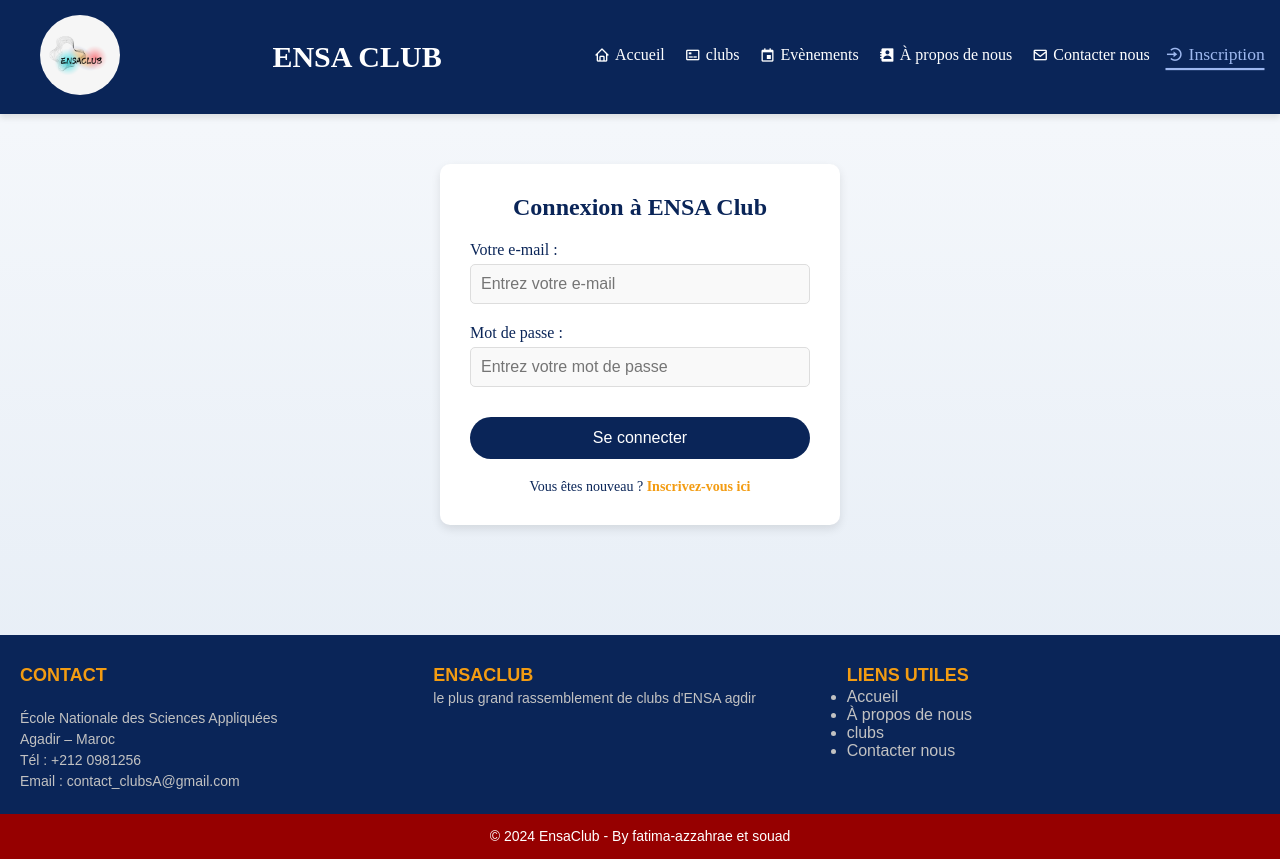
Repository: fati-smart/ENSAclub
Page: login.html
The author's editor kept a copy of each file at every save. The page is drawn from the files as they stood at one save, then again after the next save.
The browser window is 1280 px wide. The pictures show the whole page.

Above is the page before, as saved 2024-12-02 17:16:46.

After the next save:
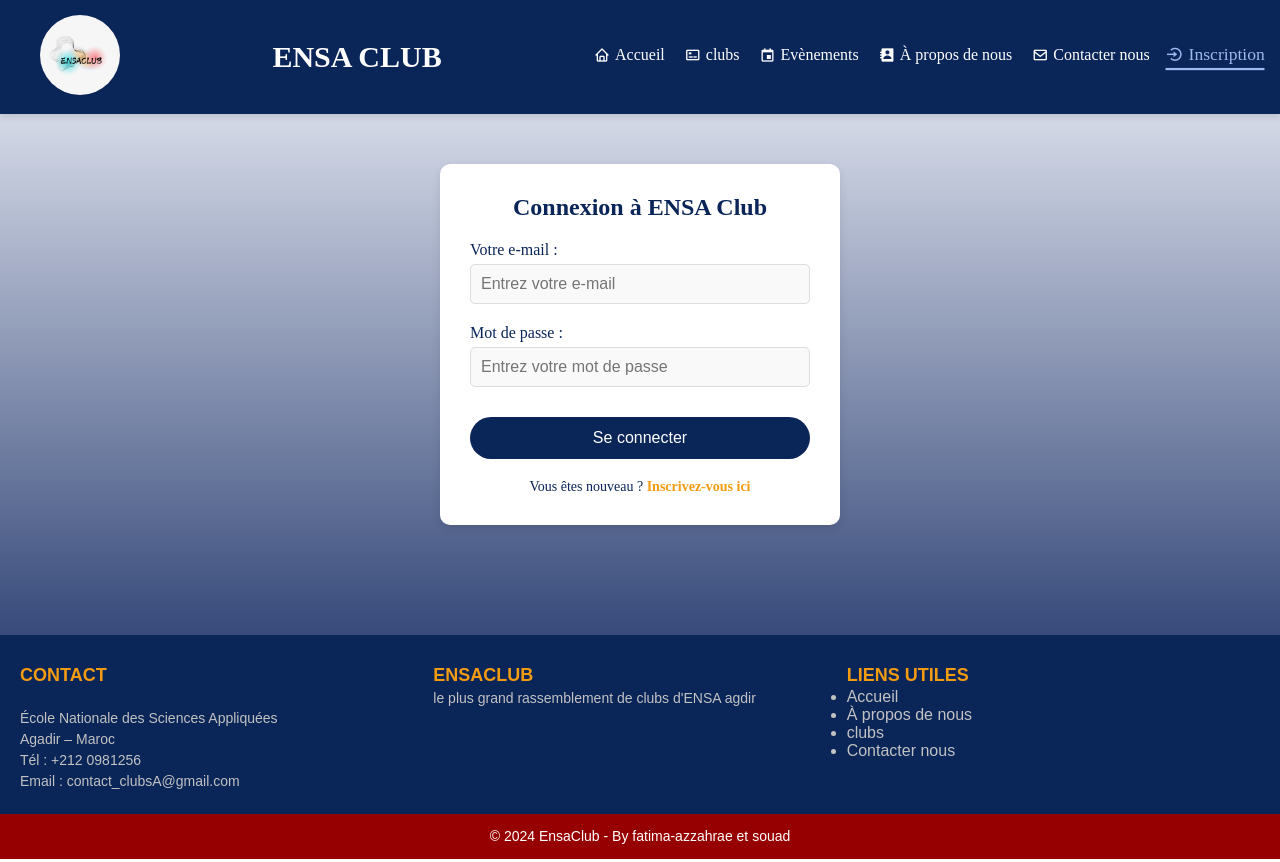
Saved 7 min 31 s later.
--- a/style.css
+++ b/style.css
@@ -8,7 +8,7 @@ body {
     font-family: cursive;
     background-color: #f5f6fa;
     overflow-x: hidden;
-    background: linear-gradient(to bottom, #f7f9fc, #e4ecf5);
+    background: linear-gradient(to bottom, #f7f9ff, #001854);
 }
 
 /*******************************************HEADER************************************************/
